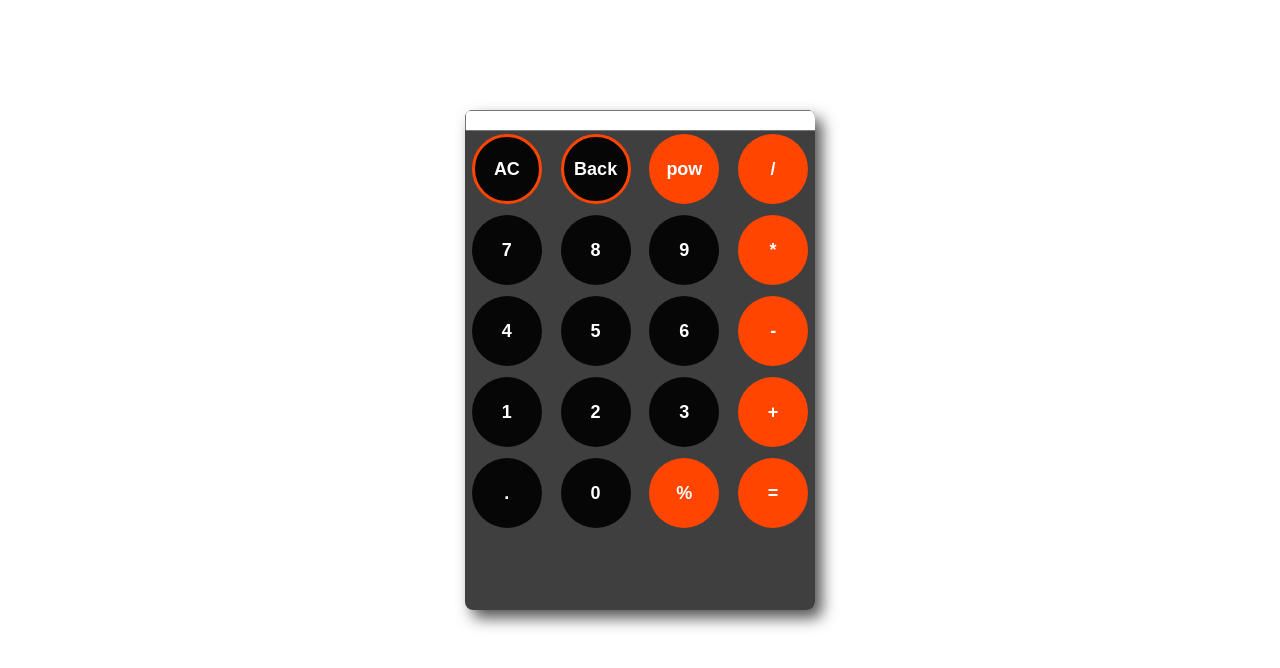
Repository: SakthivelDurai47/calculator
Page: index.html
These files come from the project's save history. The page is drawn as it stood at one moment and after the next save; the edit follows.
The browser window is 1280 px wide. The pictures show the whole page.

Above is the page before, as saved 2025-04-13 15:28:30.

### index.html
<!DOCTYPE html>
<html lang="en">
  <head>
    <meta charset="UTF-8" />
    <meta name="viewport" content="width=device-width, initial-scale=1.0" />
    <title>Calculator</title>
    <link rel="stylesheet" href="styles.css" />
  </head>
  <body>
    <div id="calculator">
      <input id="display" readonly />
      <div id="buttons">
        <button onclick="clearDisplay()" class="control">AC</button>
        <button onclick="removeFromDisplay()" class="control">Back</button>
        <button onclick="addToDisplay('**')" class="operator">pow</button>
        <button onclick="addToDisplay('/')" class="operator">/</button>
        <button onclick="addToDisplay('7')">7</button>
        <button onclick="addToDisplay('8')">8</button>
        <button onclick="addToDisplay('9')">9</button>
        <button onclick="addToDisplay('*')" class="operator">*</button>
        <button onclick="addToDisplay('4')">4</button>
        <button onclick="addToDisplay('5')">5</button>
        <button onclick="addToDisplay('6')">6</button>
        <button onclick="addToDisplay('-')" class="operator">-</button>
        <button onclick="addToDisplay('1')">1</button>
        <button onclick="addToDisplay('2')">2</button>
        <button onclick="addToDisplay('3')">3</button>
        <button onclick="addToDisplay('+')" class="operator">+</button>
        <button onclick="addToDisplay('.')">.</button>
        <button onclick="addToDisplay('0')">0</button>
        <button onclick="addToDisplay('%')" class="operator">%</button>
        <button onclick="calculate()" class="operator">=</button>
      </div>
    </div>
    <script src="index.js"></script>
  </body>
</html>

### styles.css
body {
  margin: 0;
  display: flex;
  justify-content: center;
  align-items: center;
  height: 100vh;
}
#buttons {
  display: grid;
  grid-template-columns: repeat(4, 1fr);
  gap: 5px;
  align-items: center;
  justify-items: center;
}
button {
  width: 70px;
  height: 70px;
  border-radius: 35px;
  border: none;
  background-color: rgba(0, 0, 0, 0.9);
  color: white;
  font-size: large;
  font-weight: bold;
  margin: 3px;
}
button:hover {
  background-color: rgba(0, 0, 0, 0.5);
}
button:active {
  background-color: rgba(0, 0, 0, 0.1);
}
.control {
  border: 3px solid orangered;
}
.operator {
  background-color: orangered;
}
.operator:hover {
  background-color: rgba(255, 68, 0, 0.564);
}
.operator:active {
  background-color: rgba(255, 68, 0, 0.128);
}
#calculator {
  width: 350px;
  height: 500px;
  background-color: rgba(0, 0, 0, 0.751);
  border-radius: 8px;
  box-shadow: 7px 8px 15px rgba(0, 0, 0, 0.678);
  overflow: hidden;
}
#display {
  width: 100%;
}

Loaded but not shown: index.js (no stored copy; drawn as an empty file)

After the next save:
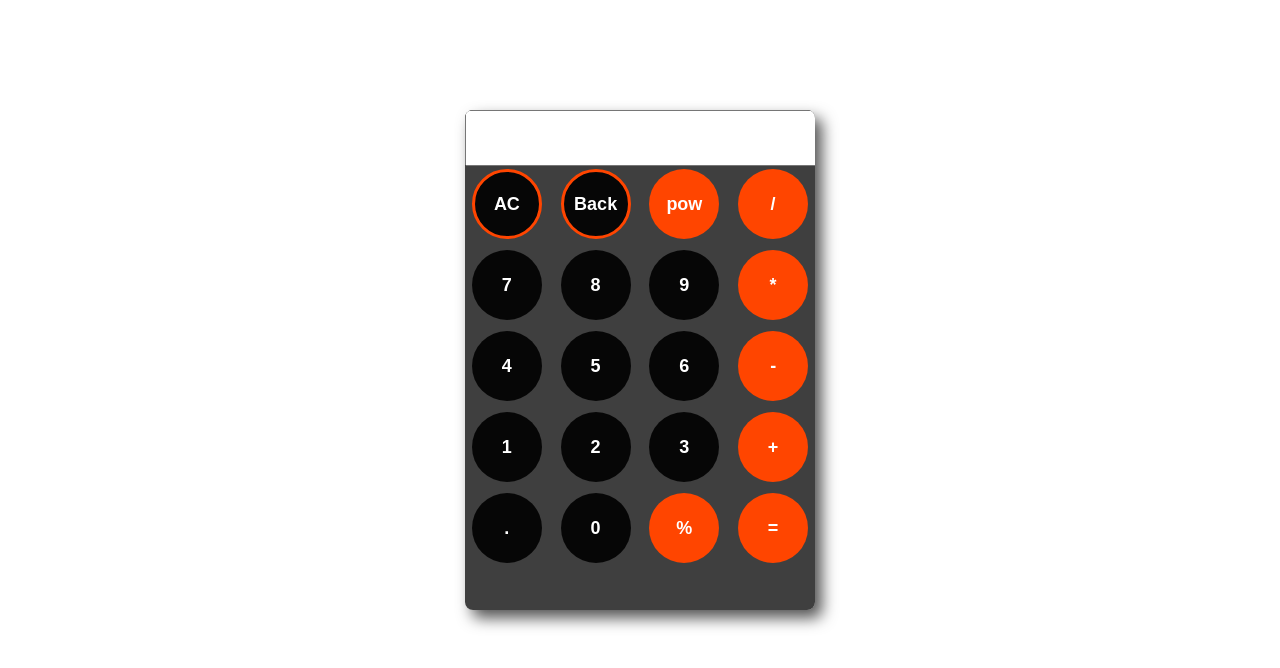
Saved 11 s later.
--- a/styles.css
+++ b/styles.css
@@ -51,4 +51,5 @@ button:active {
 }
 #display {
   width: 100%;
+  height: 50px;
 }
